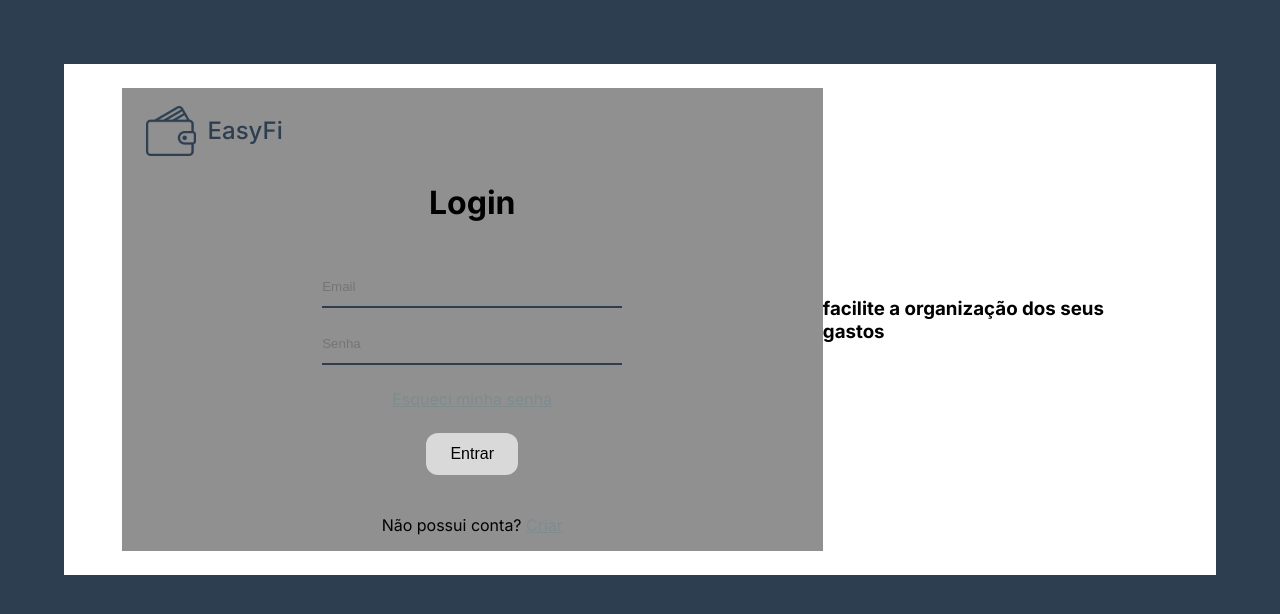
Repository: Ingridiag/projeto-engenharia
Page: login.html
An editor plug-in stored every save of this project. The page is shown before and after the next save, followed by the edit.
The browser window is 1280 px wide. The pictures show the whole page.

Above is the page before, as saved 2024-10-28 16:13:21.

### login.html
<!DOCTYPE html>
<html lang="pt">

<head>
    <meta charset="UTF-8">
    <meta name="viewport" content="width=device-width, initial-scale=1.0">
    <link rel="preconnect" href="https://fonts.googleapis.com">
<link rel="preconnect" href="https://fonts.gstatic.com" crossorigin>
<link href="https://fonts.googleapis.com/css2?family=Inter:ital,opsz,wght@0,14..32,100..900;1,14..32,100..900&display=swap"
rel="stylesheet">
    <link rel="stylesheet" href="style.css">
    <title>Login</title>
</head>

<body>
    <div class="container">

        <!-- Tela Login -->
        <div class="login">
            <div class="primeira-coluna">
                <div class="logo">
                    <img src="imagens/logo-azul 1.svg" alt="logo">
                    <h1>EasyFi</h1>
                </div>
                <div class="formulario">
                    <h1 class="title">Login</h1>
                    <form >
                        <input type="email" placeholder="Email">
                        <input type="password" placeholder="Senha">
                    </form>
                    <div class="uses">
                        <a href="#" class="link">Esqueci minha senha</a>

                    </div>
                    <div class="btn-default">
                        <button>
                            Entrar
                        </button>
                    </div>
                    <div >
                        <p>Não possui conta?
                            <span>
                                <a href="#" class="link">Criar</a>
                            </span>
                        </p>
                    </div>
                </div>
            </div>
            <div class="segunda-coluna">
                <h3 class="mensagem">
                    facilite a organização dos seus gastos
                </h3>
            </div>
        </div>



        <div class="cadastro">
            <!-- Tela Cadastro -->
            <div class="primeira-coluna">
                <h3 class="mensagem">
                    facilite a organização dos seus gastos
                </h3>
            </div>

            <div class="segunda-coluna">
                <div class="logo">
                    <img src="imagens/logo-azul 1.svg" alt="logo">
                    <h1>EasyFi</h1>
                </div>
                <div class="formulario">
                    <h1 class="title">Criar Conta</h1>
                    <form >
                        <input type="text" placeholder="Nome">
                        <input type="email" placeholder="Email">
                        <input type="password" placeholder="Senha">
                        <input type="password" placeholder=" Confirmar senha">
                    </form>
                    <div>
                        <a href="#" class="link">Esqueci minha senha</a>

                    </div>
                    <div class="btn-default">
                        <button>
                            Entrar
                        </button>
                    </div>
                    <div class="uses">
                        <p>Já possui conta?
                            <span>
                                <a href="#" class="link">Login</a>
                            </span>
                        </p>
                    </div>
                </div>
            </div>
        </div>


    </div>

</body>

</html>

### style.css
body {
    margin: 0;
    padding: 0;
    box-sizing: border-box;
    background: #2C3E50;
    font-family: "Inter", sans-serif;
}

.container {
    display: flex;
    justify-content: center;
    align-items: center;
    margin: 5%;
}

.login {
    width: 100%;
    height: 55vh;
    padding: 5%;
    display: flex;
    align-items: center;
    background: #fff;
    justify-content: space-between;
}

.primeira-coluna {
    width: 70%;
    display: flex;
    flex-direction: column;
    justify-content: center;
    background: #909090;
}

.logo {
    display: flex;
    gap: 12px;
    align-items: center;
    padding: 12px 24px 0;
    color: #2C3E50;

    h1 {
        font-size: 24px;
        font-weight: 500;
    }
    img{
        width: 50px;

    }

}

.formulario {
    display: flex;
    flex-direction: column;
    align-items: center;
    gap: 24px;
    color: ;
}

.formulario form {
    display: flex;
    flex-direction: column;
    gap: 16px;
}

.formulario form input {
    width: 300px;
    padding: 12px 0px;
    background: none;
    border: none;
    border-bottom: 2px solid #2C3E50;
    outline: none;
    color: #2C3E50;

}

.formulario a {
    color: #7F8C8D;
}

.btn-default button {
    background: #D9D9D9;
    border: none;
    border-radius: 12px;
    padding: 12px 24px;
    font-size: 16px;
    transition: 0.2s ease;
    cursor: pointer;
}

.btn-default button:hover {
    background: #F4EEEE;
    color: #577695;
    transform: scale(1.1);
}

.cadastro {
    display: none;
    flex-direction: column;
    position: relative;
}

After the next save:
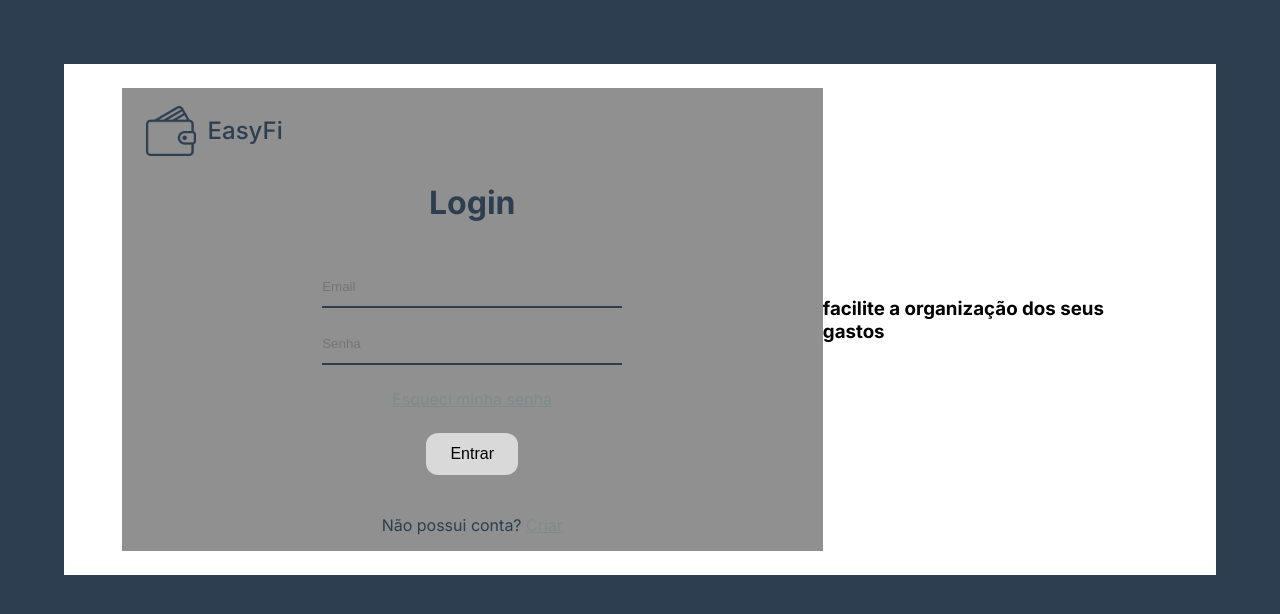
Saved 4 s later.
--- a/style.css
+++ b/style.css
@@ -54,7 +54,7 @@ body {
     flex-direction: column;
     align-items: center;
     gap: 24px;
-    color: ;
+    color: #2C3E50;
 }
 
 .formulario form {
